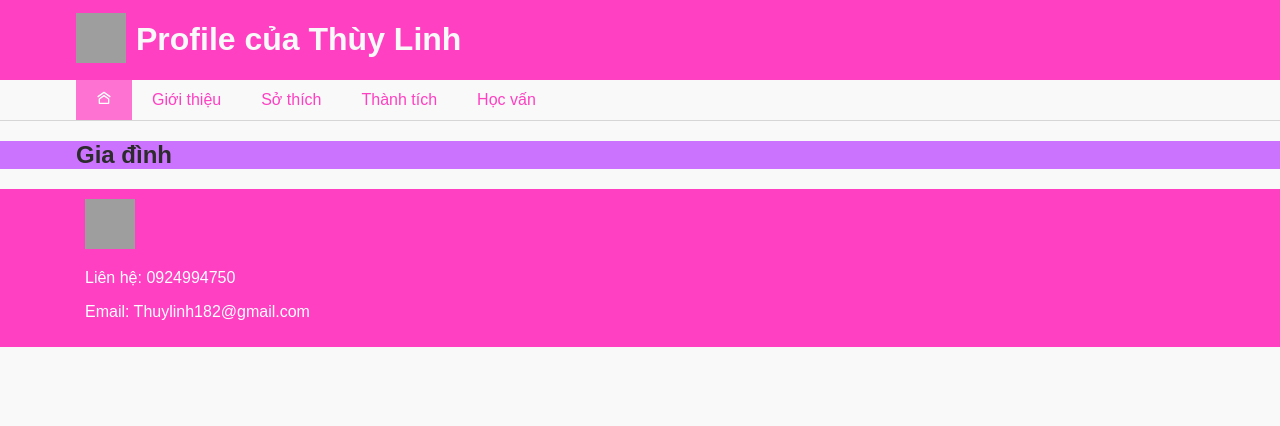
Repository: DucLong-PD07979/profile-vu-thuy-linh
Page: gia-dinh.html
An editor plug-in stored every save of this project. The page is shown before and after the next save, followed by the edit.
The browser window is 1280 px wide. The pictures show the whole page.
Pictures or frames that could not be fetched are drawn as grey boxes.

Above is the page before, as saved 2025-03-08 21:40:58.
Not found: script.js

After the next save:
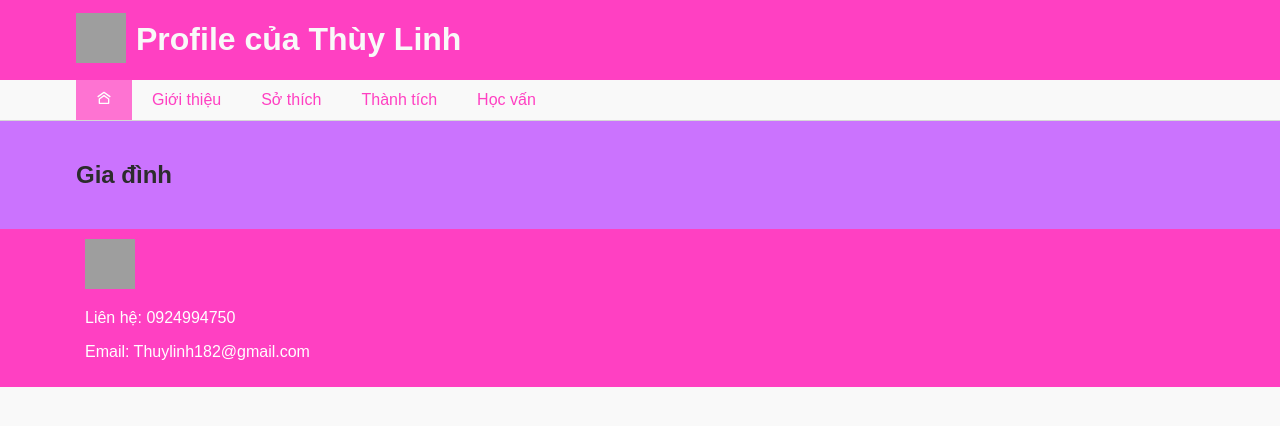
Saved 21 s later.
--- a/css/main.css
+++ b/css/main.css
@@ -168,8 +168,10 @@ nav ul li:hover .menu-children {
 
 /* gia dinh */
 
-#family-section{
+#family-section {
     background-color: #cb73fe;
+    width: 100%;
+    padding: 20px 0;
 }
 
 footer {
